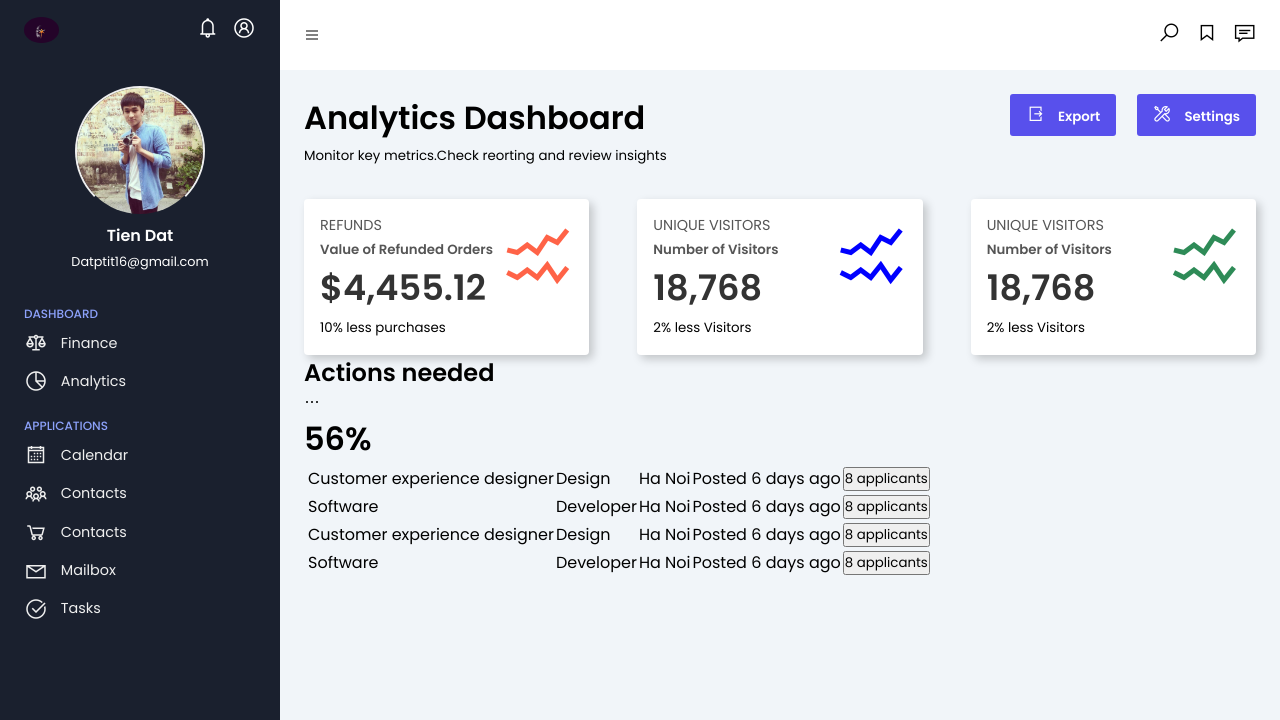
Repository: Datt21/dashboard-fe-project
Page: index.html
These files come from the project's save history. The page is drawn as it stood at one moment and after the next save; the edit follows.
The browser window is 1280 px wide. The pictures show the whole page.

Above is the page before, as saved 2021-06-08 19:17:40.

### index.html
<!DOCTYPE html>
<html lang="en">
<head>
    <meta charset="UTF-8">
    <meta http-equiv="X-UA-Compatible" content="IE=edge">
    <meta name="viewport" content="width=device-width, initial-scale=1.0 maxium-scale=1.0">

    <!-- =============== UNICONS =================== -->
    <link rel="stylesheet" href="https://maxst.icons8.com/vue-static/landings/line-awesome/line-awesome/1.3.0/css/line-awesome.min.css">
    <!-- =============== GOOGLE FONT =============== -->

    <!-- =============== CSS ================== -->
    <link rel="stylesheet" href="./assets/css/style.css">

    <title>Tien Dat Admin Dashboard</title>

</head>
<body>
    <!-- ========== SIDEBAR======== -->
    <div class="sidebar">
    <!-- brand -->
         <div class="sidebar__brand">
             <div class="brand__flex">
                 <img src="./img/loGO1.jpg" width="35px" alt="">

                 <div class="brand__icons">
                     <span class="las la-bell"></span>
                     <span class="las la-user-circle"></span>
                 </div>
             </div>
         </div>
    <!-- main -->
         <div class="sidebar__main">
             <div class="sidebar__user">
                 <img src="./img/119942988_206292647508421_8132941228799644311_n.jpg" alt="">
                 <div>
                     <h3> Tien Dat</h3>
                     <span> Datptit16@gmail.com</span>
                 </div>
             </div>
             <div class="sidebar__menu">
                 <div class="menu-head">
                     <span> Dashboard</span>
                 </div>
                 <ul>
                     <li>
                         <a href="">
                         <span class="las la-balance-scale"></span>
                        Finance
                        </a>
                    </li>
                     <li>
                         <a href=""><span class="las la-chart-pie"></span>
                        Analytics
                         </a>
                    </li>
                 </ul>

                 <div class="menu-head">
                    <span> Applications</span>
                </div>
                <ul>
                    <li>
                        <a href="">
                        <span class="las la-calendar"></span>
                       Calendar
                       </a>
                   </li>
                    <li>
                        <a href=""><span class="las la-users"></span>
                       Contacts
                        </a>
                   </li>
                    <li>
                        <a href=""><span class="las la-shopping-cart"></span>
                       Contacts
                        </a>
                   </li>
                    <li>
                        <a href=""><span class="las la-envelope"></span>
                       Mailbox
                        </a>
                   </li>
                    <li>
                        <a href=""><span class="las la-check-circle"></span>
                       Tasks
                        </a>
                   </li>
                </ul>
             </div>
         </div>
    </div>

    <!-- ================== MAIN CONTENT===================== -->
    <div class="main__content">
        <header>
            <div class="menu__toggle">
                <lable for="">
                    <span class="las la-bars"></span>
                </lable>
            </div>

            <div class="hearder__icons">
                <span class="las la-search"></span>
                <span class="las la-bookmark"></span>
                <span class="las la-sms"></span>
            </div>
        </header>

        <main>
            <div class="page__header">
                <div>
                    <h1>Analytics Dashboard</h1>
                    <small>Monitor key metrics.Check reorting and review insights</small>
                </div>

                <div class="header__actions">
                    <button>
                        <span class="las la-file-export"></span>
                        Export
                    </button>
                    <button>
                        <span class="las la-tools"></span>
                        Settings
                    </button>
                </div>
            </div>

            <div class="cards">
                <div class="card__single">
                     <div class="card__flex">
                         <div class="card__info">
                             <div class="card__head">
                                 <span>Refunds</span>
                                 <small>Value of Refunded Orders</small>
                             </div>

                             <h2>$4,455.12</h2>

                             <small>10% less purchases</small>
                         </div>
                         <div class="card-chart sucess">
                             <span class="las la-chart-line"></span>
                         </div>
                     </div>
                </div>

                <div class="card__single">
                     <div class="card__flex">
                         <div class="card__info">
                             <div class="card__head">
                                 <span>Unique Visitors</span>
                                 <small>Number of Visitors</small>
                             </div>

                             <h2>18,768</h2>

                             <small>2% less Visitors</small>
                         </div>
                         <div class="card-chart danger">
                             <span class="las la-chart-line"></span>
                         </div>
                     </div>
                </div>
                <div class="card__single">
                     <div class="card__flex">
                         <div class="card__info">
                             <div class="card__head">
                                 <span>Unique Visitors</span>
                                 <small>Number of Visitors</small>
                             </div>

                             <h2>18,768</h2>

                             <small>2% less Visitors</small>
                         </div>
                         <div class="card-chart yellow">
                             <span class="las la-chart-line"></span>
                         </div>
                     </div>
                </div>
            </div>

            <div class="job__grid">
                <div class="analytics__card">
                        <div class="analytics__head">
                             <h2>Actions needed</h2>

                             <span class="las la-ellipsis-h"></span>
                        </div>

                        <div class="analytics__chart">
                            <div class="chart-circle">
                                <h1>56%</h1>
                            </div>
                        </div>
                </div>

                <div class="jobs">
                    <table>
                        <tbody>
                            <tr>
                                <td>
                                    <span class="indicator"></span>
                                </td>
                                <td>Customer experience designer</td>
                                <td>Design</td>
                                <td>Ha Noi</td>
                                <td>Posted 6 days ago</td>
                                <td>
                                    <button>8 applicants</button>
                                </td>
                            </tr>
                            <tr>
                                <td>
                                    <span class="indicator"></span>
                                </td>
                                <td>Software</td>
                                <td>Developer</td>
                                <td>Ha Noi</td>
                                <td>Posted 6 days ago</td>
                                <td>
                                    <button>8 applicants</button>
                                </td>
                            </tr>
                            <tr>
                                <td>
                                    <span class="indicator"></span>
                                </td>
                                <td>Customer experience designer</td>
                                <td>Design</td>
                                <td>Ha Noi</td>
                                <td>Posted 6 days ago</td>
                                <td>
                                    <button>8 applicants</button>
                                </td>
                            </tr>
                            <tr>
                                <td>
                                    <span class="indicator"></span>
                                </td>
                                <td>Software</td>
                                <td>Developer</td>
                                <td>Ha Noi</td>
                                <td>Posted 6 days ago</td>
                                <td>
                                    <button>8 applicants</button>
                                </td>
                            </tr>
                        </tbody>
                    </table>
                </div>
            </div>
        </main>
    </div>
</body>
</html>

### assets/css/style.css
@import url('https://fonts.googleapis.com/css2?family=Poppins:wght@300;400;500;600&display=swap');

:root{
    --color-main: #1a202e;
}

*{
    font-family: 'Poppins', sans-serif ;
    box-sizing: border-box;
    text-decoration: none;
    list-style-type: none;
    margin: 0;
    padding: 0;
}

.sidebar{
    width: 280px;
    position: fixed;
    left: 0;
    top: 0;
    height: 100%;
    padding: 1rem 1.5rem;
    background: var(--color-main);
    color: #fff;
}

.sidebar__brand{
    height: 70px;
}

.brand__flex{
    display: flex;
    justify-content: space-between;
    align-items: center;
}

.brand__flex img{
    border-radius: 50%;
}

.brand__icons span{
    font-size: 1.5rem;
    margin-left: 0.5rem;
}

.sidebar__user{
    margin: 0rem 0rem 1rem 0rem;
    text-align: center;
}

.sidebar__user img{
    width: 130px;
    height: 130px;
    border-radius: 50%;
    border: 2px solid #efefef;
    border-top: 2px solid #efefef;
    border-left: 2px solid #efefef;
    border-right: 2px solid #efefef;
    border-bottom: 2px solid transparent;
}

.sidebar__user h3{
    font-size: 1rem;
}

.sidebar__user span{
    font-size: .8rem;
}

.sidebar__menu {
    margin-top: 2rem;
}

.menu-head {
    text-transform: uppercase;
    color: #8da2fb;
    font-size: .75rem;
    font-weight: 500;
    margin-bottom: 0.5rem;
}

.sidebar__menu ul{
    margin-bottom: 1.5rem;
}

.sidebar__menu li{
    margin-bottom: 0.9rem;

}

.sidebar__menu li a{
    color: #efefef;
    font-size: .9rem;
    display: flex;
    align-items: center;
}

.sidebar__menu li a span{
    font-size: 1.5rem;
    display: inline-block;
    margin-right: 0.8rem;
}



header{
    height: 70px;
    display: flex;
    justify-content: space-between;
    align-items: center;
    padding: 1rem 1.5rem;
}

.menu__toggle label{
    height: 60px;
    width: 60px;
    display: grid;
    place-items: center;
    font-size: 1.5rem;
    border-radius: 50%;
}

.hearder__icons span{
    display: inline-block;
    margin-left: .7rem;
    font-size: 1.4rem;
}

.menu__toggle label:hover {
    background: #efefef;
}

.main__content{
    margin-left: 280px;
}

main {
    padding: 1.5rem;
    background: #f1f5f9;
    min-height: calc(100vh - 70px);
}

.page__header {
    display: flex;
    justify-content: space-between;
}

.header__actions button {
    outline: none;
    background: #5850ec;
    color: #fff;
    border: none;
    padding: .6rem 1rem;
    margin-left: 1rem;
    border-radius: 3px;
    font-weight: 600;
}

.header__actions button span{
    font-size: 1.2rem;
    margin-right: .6rem;

}

.cards{
    display: grid;
    grid-template-columns: repeat(3, 1fr);
    grid-gap : 3rem;
    padding-top: 2rem;
}

.card__single{
    background: #fff;
    padding: 1rem;
    box-shadow: 4px 4px 10px rgba(0,0,0,0.2) ;
    border-radius: 4px;
}

.card__flex{
    display: grid;
    grid-template-columns: 70% auto;
}

.card__head span{
    display: block;
    text-transform: uppercase;
    color: #555;
    font-size: .9rem;
}

.card__head small{
    font-weight: 600;
    color: #555;
}

.card__info h2{
    font-size: 2.2rem;
    color: #333;
}

.card-chart span{
    font-size: 5rem;
}

.card-chart.sucess{
    color: tomato;
}
.card-chart.danger{
    color: blue;
}
.card-chart.yellow{
    color: seagreen;
}

After the next save:
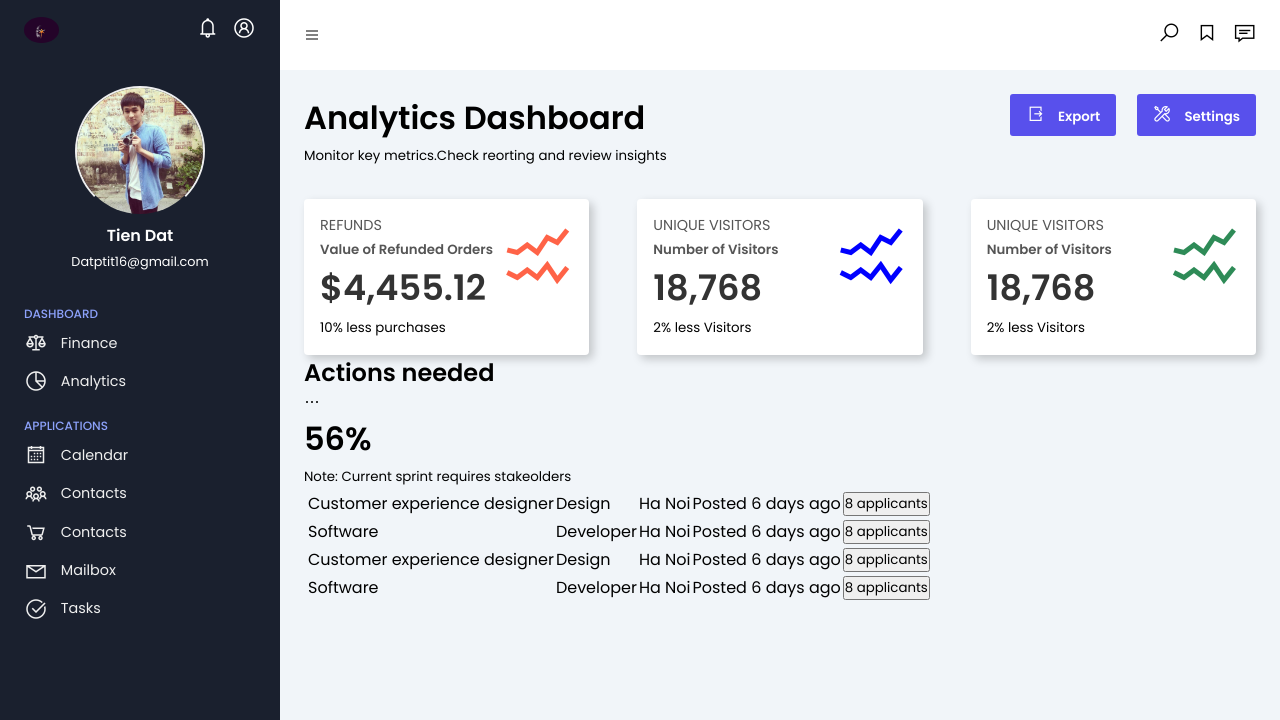
Saved 2 min 40 s later.
--- a/index.html
+++ b/index.html
@@ -190,8 +190,12 @@
                         </div>
 
                         <div class="analytics__chart">
-                            <div class="chart-circle">
+                            <div class="chart__circle">
                                 <h1>56%</h1>
+                            </div>
+
+                            <div class="analytics__note">
+                                <small>Note: Current sprint requires stakeolders</small>
                             </div>
                         </div>
                 </div>
